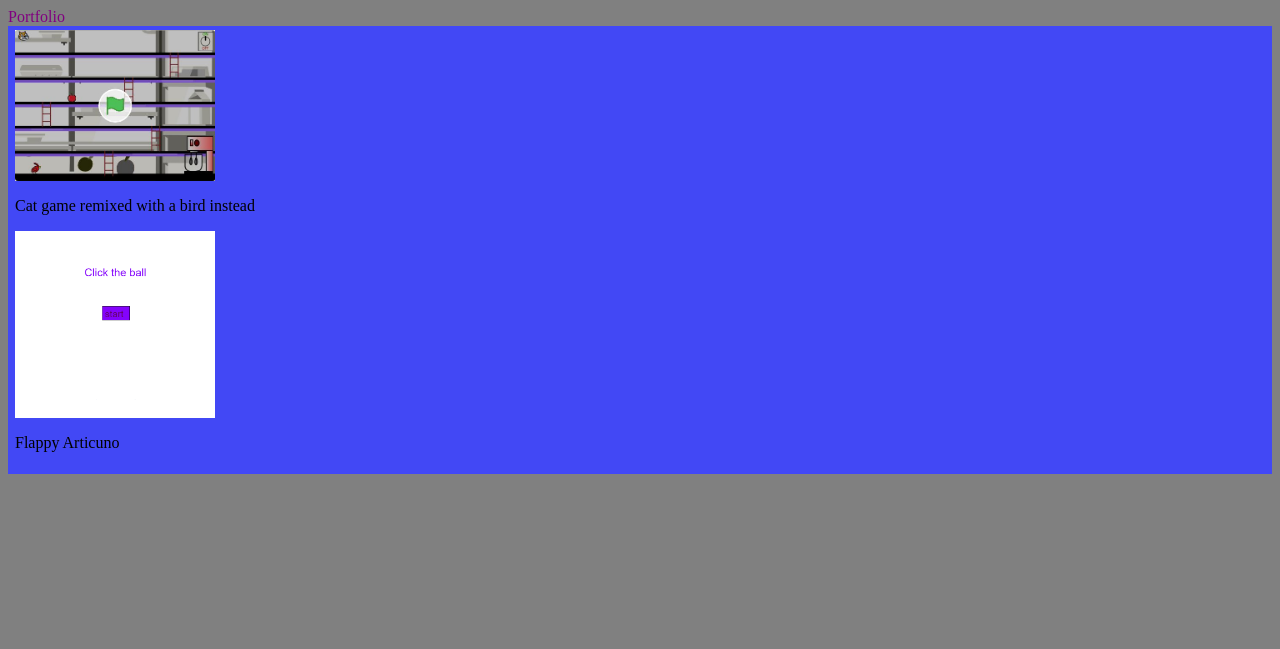
Repository: AnthonyMej/AnthonyMej
Page: FlappyArticuno.html
The author's editor kept a record of every edit. The page is drawn from the files as they stood at one moment, then again after the next edit.
The browser window is 1280 px wide. The pictures show the whole page.

Above is the page before.

### FlappyArticuno.html
<html>
    <head>
        <meta name="viewport" content="width=device-width, initial-scale=1.0">
        <title>Portfolio</title>
        <link rel="stylesheet" href="./style/styles.css">
        <link rel="icon" type=image/jpg href="./img/tog.jpg">
        <script type="text/javascript" src="js/processing.js"></script>
<style>
        .dropdown{
  position: relative;
  display: inline-block;
}
.dropdown-content {
  display: none;
  position: absolute;
  right:1px;
  background-color: purple;
  min-width: 125px;
  box-shadow: 100px 8px 16px 0px rgba(0,0,0,0.2);
  padding:12px 16px;
  z-index: 1;
}

.dropdown:hover .dropdown-content {
  display: block;
}
</style>
    </head>
    <body>
 <div class="dropdown" align=right>
  <span>Portfolio</span>
      <div class="dropdown-content">
          <a href="index.html">Home Page</a>
          <br>
          <a href="about.html">About Me</a>
      </div>
  </div>
  <br>
  <div  style="padding:2px 6px 4px 5px; color: #4248f5; background-color: #4248f5; border: #4248f5 2px solid" align=left>
    <a href=https://scratch.mit.edu/projects/328271992/>
    <img src="./img/game.jpg" class="responsive" width = 200>
    <p style= color:#000000>Cat game remixed with a bird instead</p>
  </a>
  <div>
    <a href="BallGame.html">
    <img src="./img/Clicktheball.PNG" class="responsive" width = 200 </img
    </a>
    <p style= color:#000000>Flappy Articuno</p>
 </div>

    </body>
</html>

### style/styles.css
body {
  background-color: Grey;
  list-style: none;
  color:Purple;
}
body a {
  color: #0000ff;
  text-decoration: none;
}
nav li{
  display:inline;
  padding-left:20px;
}
.responsive {
  max-width: 100%;
  height: auto;
}

Loaded but not shown: js/processing.js (library)

After the next edit:
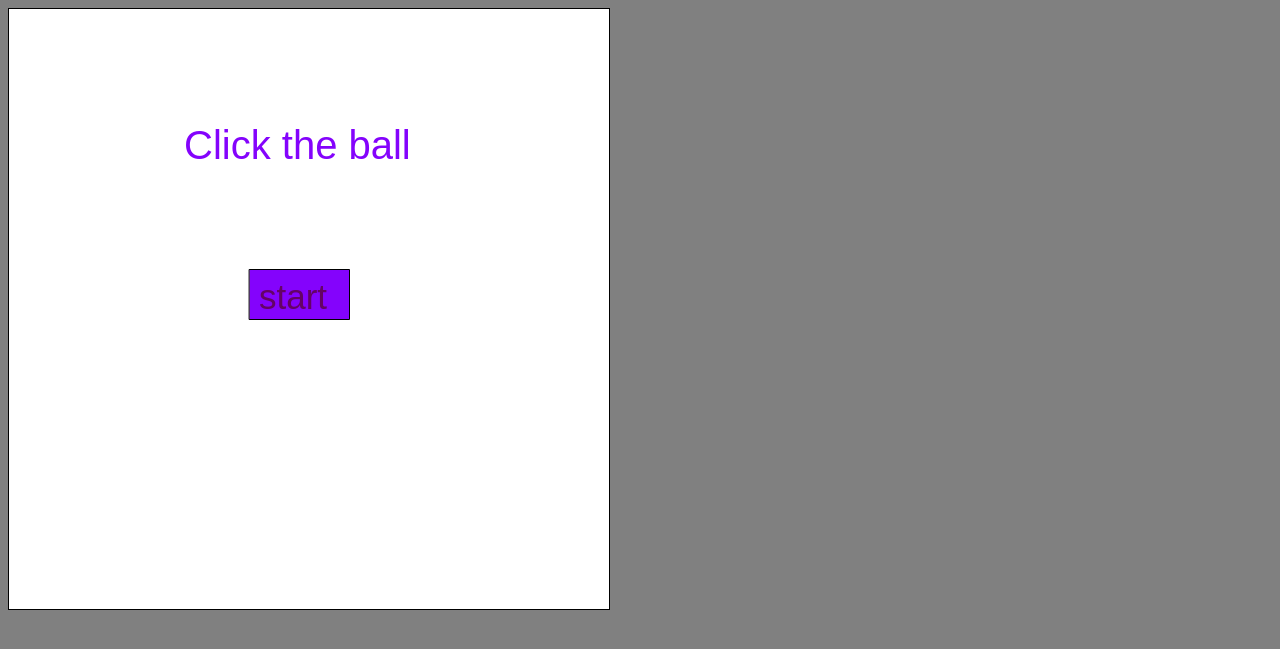
The edit:
--- a/FlappyArticuno.html
+++ b/FlappyArticuno.html
@@ -27,26 +27,93 @@
 </style>
     </head>
     <body>
- <div class="dropdown" align=right>
-  <span>Portfolio</span>
-      <div class="dropdown-content">
-          <a href="index.html">Home Page</a>
-          <br>
-          <a href="about.html">About Me</a>
-      </div>
-  </div>
-  <br>
-  <div  style="padding:2px 6px 4px 5px; color: #4248f5; background-color: #4248f5; border: #4248f5 2px solid" align=left>
-    <a href=https://scratch.mit.edu/projects/328271992/>
-    <img src="./img/game.jpg" class="responsive" width = 200>
-    <p style= color:#000000>Cat game remixed with a bird instead</p>
-  </a>
-  <div>
-    <a href="BallGame.html">
-    <img src="./img/Clicktheball.PNG" class="responsive" width = 200 </img
-    </a>
-    <p style= color:#000000>Flappy Articuno</p>
- </div>
+        <script type="text/processing">
+//Put your Processing Code here!
+      //Variable setup
+      int gamestate;
+      int rad = 20;
+      float xpos;
+      float ypos;
+      float xspeed = 4;
+      float yspeed= 3;
 
+      int xdirection = -1;
+      int ydirection = -1;
+      int score = 0;
+      int life = 3;
+      int value = color(0); //For ball
+
+
+
+
+      //setup
+      void setup(){
+       size (600,600);
+       gamestate = 0;
+       ellipseMode(RADIUS);
+      xpos = width/2;
+      ypos = height/2;
+      }
+      //Ball
+      void draw(){
+        background(255);
+        if(gamestate == 0){
+          startScreen();
+         }
+          else
+         {
+            if(gamestate == 1);{
+              xpos = xpos + (xspeed * xdirection);
+              ypos = ypos + (yspeed * ydirection);
+              text(score,10,35);
+              text(life,10, 70);
+              if(life == 0){
+         gamestate = 0;
+         score = 0;
+        }
+              if (xpos > width-rad || xpos < rad){
+                xdirection *= -1;
+              }
+              if (ypos > height-rad || ypos < rad){
+                ydirection *= -1;
+          }
+          }
+           fill(value);
+            ellipse(xpos,ypos,rad,rad);
+            noFill();
+          }
+         }
+
+      //StartScreen
+      void startScreen(){
+        life = 3;
+        textSize(40);
+       fill(132, 3, 252);
+       text("Click the ball",175,150);
+       textSize(35);
+       rect(240,260,100,50);
+       fill(100, 3, 100);
+       text("start",250,300);
+       if(mouseX > 240 && mouseX < 340 && mouseY > 260 && mouseY < 310){
+      if(mousePressed){
+        gamestate=1;
+        }
+      }
+        else
+        {
+        fill(255,0,0);
+        }
+      }
+      void mousePressed(){
+       if(dist(mouseX, mouseY, xpos, ypos) < rad){
+        score += 50;
+            }
+            else
+            {
+            life -= 1;
+            }
+        }
+</script>
+<canvas id="sketch" style="border: 1px solid black;"></canvas>
     </body>
 </html>
